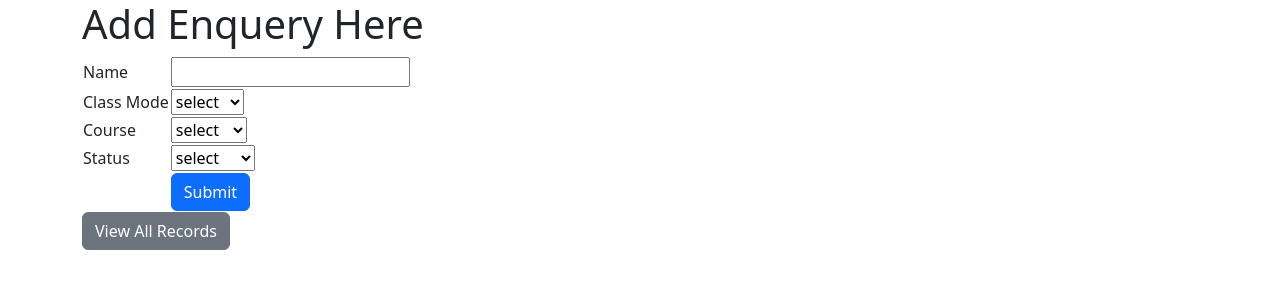
Repository: SaiKumarMupparapu/mini_projects
Page: http://localhost/enquiry
These files come from the project's save history. The page is drawn as it stood at one moment and after the next save; the edit follows.
The browser window is 1280 px wide. The pictures show the whole page.
The page is this project's Thymeleaf template; nobody is signed in. The template is opened directly, without the code that normally fills it, so the values that code supplies are empty.

Above is the page before, as saved 2024-04-02 05:13:15.

### Counsellors_portal/src/main/resources/templates/enquiry.html
<!doctype html>
<html lang="en">

<head>
	<meta charset="utf-8">
	<meta name="viewport" content="width=device-width, initial-scale=1">
	<title>Enquiry Form</title>
	<link href="https://cdn.jsdelivr.net/npm/bootstrap@5.3.3/dist/css/bootstrap.min.css" rel="stylesheet"
		integrity="sha384-QWTKZyjpPEjISv5WaRU9OFeRpok6YctnYmDr5pNlyT2bRjXh0JMhjY6hW+ALEwIH" crossorigin="anonymous">

</head>

<body>
	<div class="container">
		<b th:text="${smsg}" style="color: green;"></b>
		<b th:text="${emsg}" style="color: red;"></b>

	</div>
	<div class="container">
		<h1>Add Enquery Here</h1>
		<table>
			<form th:object="${enqObj}" th:action="@{/addEnq}" method="post">
				<tr>
					<td>Name</td>
					<td><input type="text" th:field="*{name}"></td>
				</tr>
				<tr>
					<td>Class Mode</td>
					<td>
						<select name="" id="" th:field="*{classMode}">
							<option value="">select</option>
							<option value="Online">Online</option>
							<option value="Offline">Offline</option>
						</select>
					</td>
				</tr>
				<tr>
					<td>Course</td>
					<td>
						<select name="" id="" th:field="*{course}">
							<option value="">select</option>
							<option value="Java">Java</option>
							<option value="Python">Python</option>
							<option value="PHP">PHP</option>
						</select>
					</td>
				</tr>
				<tr>
					<td>Status</td>
					<td>
						<select name="" id="" th:field="*{status}">
							<option value="">select</option>
							<option value="New">New</option>
							<option value="Enrolled">Enrolled</option>
							<option value="Lost">Lost</option>
						</select>
					</td>
				</tr>
				<tr>
					<td></td>
					<td><input type="submit" class="btn btn-primary"></td>
				</tr>

			</form>
		</table>



	</div>

	<div class="container">

		<a href="/view" class="btn btn-secondary">View All Records</a>
	</div>

	<script src="https://cdn.jsdelivr.net/npm/bootstrap@5.3.3/dist/js/bootstrap.bundle.min.js"
		integrity="sha384-YvpcrYf0tY3lHB60NNkmXc5s9fDVZLESaAA55NDzOxhy9GkcIdslK1eN7N6jIeHz"
		crossorigin="anonymous"></script>
</body>

</html>

After the next save:
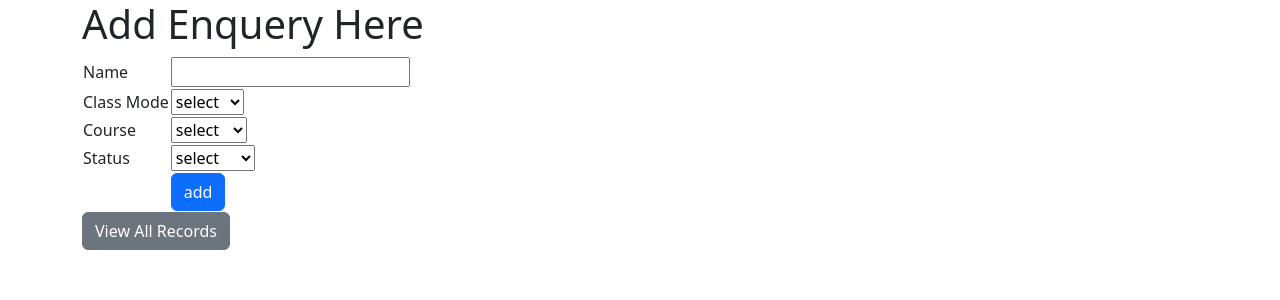
Saved 3 min 43 s later.
--- a/Counsellors_portal/src/main/resources/templates/enquiry.html
+++ b/Counsellors_portal/src/main/resources/templates/enquiry.html
@@ -58,7 +58,7 @@
 				</tr>
 				<tr>
 					<td></td>
-					<td><input type="submit" class="btn btn-primary"></td>
+					<td><input type="submit" class="btn btn-primary" value="add"></td>
 				</tr>
 
 			</form>
